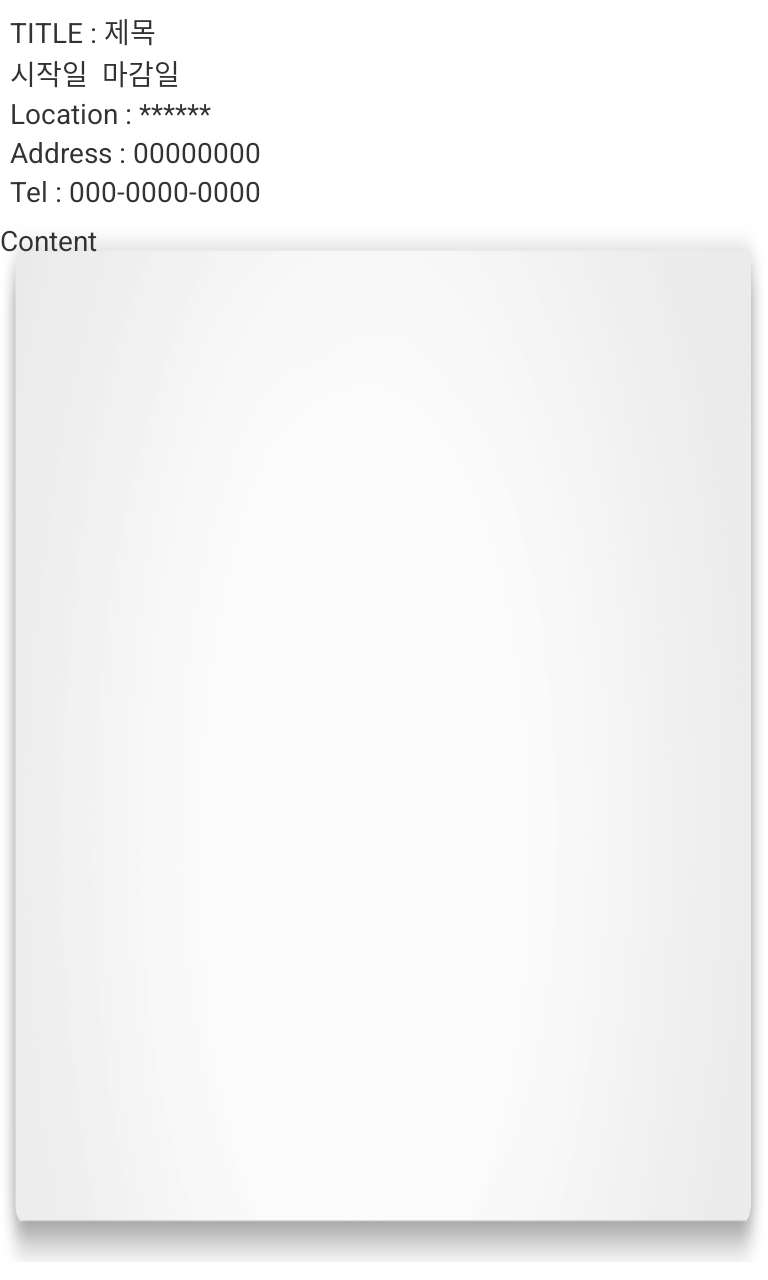
Repository: chlduq04/java
Layout: Culturemap/res/layout/detail.xml
An editor plug-in stored every save of this project. The layout is shown before and after the next save, followed by the edit.
It is drawn on a 768 x 1280 px phone screen (xhdpi) without system bars, with theme AppTheme; the app's code is not run.

Above is the layout before, as saved 2012-07-23 07:06:09.

### Culturemap/res/layout/detail.xml
<?xml version="1.0" encoding="utf-8"?>
<LinearLayout xmlns:android="http://schemas.android.com/apk/res/android"
    android:layout_width="match_parent"
    android:layout_height="match_parent"
    android:orientation="vertical" >

    <LinearLayout
        android:padding="5dip"
        android:layout_width="match_parent"
        android:layout_height="wrap_content"
        android:layout_weight="0.15"
        android:orientation="vertical" >

        <LinearLayout
            android:layout_width="fill_parent"
            android:layout_height="wrap_content"
            android:layout_weight="1">

            <TextView
                android:layout_width="wrap_content"
                android:layout_height="wrap_content"
                android:text="TITLE : " >
            </TextView>

            <TextView
                android:layout_width="wrap_content"
                android:layout_height="wrap_content"
                android:text="제목" >
            </TextView>
        </LinearLayout>

        <LinearLayout
            android:layout_width="fill_parent"
            android:layout_height="wrap_content"
            android:layout_weight="1"
            >

            <TextView
                android:layout_width="wrap_content"
                android:layout_height="wrap_content"
                android:text="시작일  " >
            </TextView>

            <TextView
                android:layout_width="wrap_content"
                android:layout_height="wrap_content"
                android:text="마감일" >
            </TextView>
        </LinearLayout>

        <LinearLayout
            android:layout_width="fill_parent"
            android:layout_height="wrap_content"
            android:layout_weight="1"
            >

            <TextView
                android:layout_width="wrap_content"
                android:layout_height="wrap_content"
                android:text="Location : " >
            </TextView>

            <TextView
                android:layout_width="wrap_content"
                android:layout_height="wrap_content"
                android:text="******" >
            </TextView>
        </LinearLayout>

        <LinearLayout
            android:layout_width="fill_parent"
            android:layout_height="wrap_content"
            android:layout_weight="1"
            >

            <TextView
                android:layout_width="wrap_content"
                android:layout_height="wrap_content"
                android:text="Address : " >
            </TextView>

            <TextView
                android:layout_width="wrap_content"
                android:layout_height="wrap_content"
                android:text="00000000" >
            </TextView>
        </LinearLayout>

        <LinearLayout
            android:layout_width="fill_parent"
            android:layout_height="wrap_content"
            android:layout_weight="1"
             >

            <TextView
                android:layout_width="wrap_content"
                android:layout_height="wrap_content"
                android:text="Tel : " >
            </TextView>

            <TextView
                android:layout_width="wrap_content"
                android:layout_height="wrap_content"
                android:text="000-0000-0000" >
            </TextView>
        </LinearLayout>
    </LinearLayout>

    <LinearLayout
        android:layout_width="match_parent"
        android:layout_height="wrap_content"
        android:layout_weight="6"
        android:background="@drawable/contents"
        android:orientation="vertical" >

        <TextView
            android:layout_width="fill_parent"
            android:layout_height="fill_parent"
            android:text="Content" >
        </TextView>
    </LinearLayout>

    <LinearLayout
        android:layout_width="match_parent"
        android:layout_height="wrap_content"
        android:layout_weight="0.8"
        android:orientation="vertical" >
    </LinearLayout>

</LinearLayout>

Loaded but not shown: Culturemap/res/values/styles.xml (common file)

After the next save:
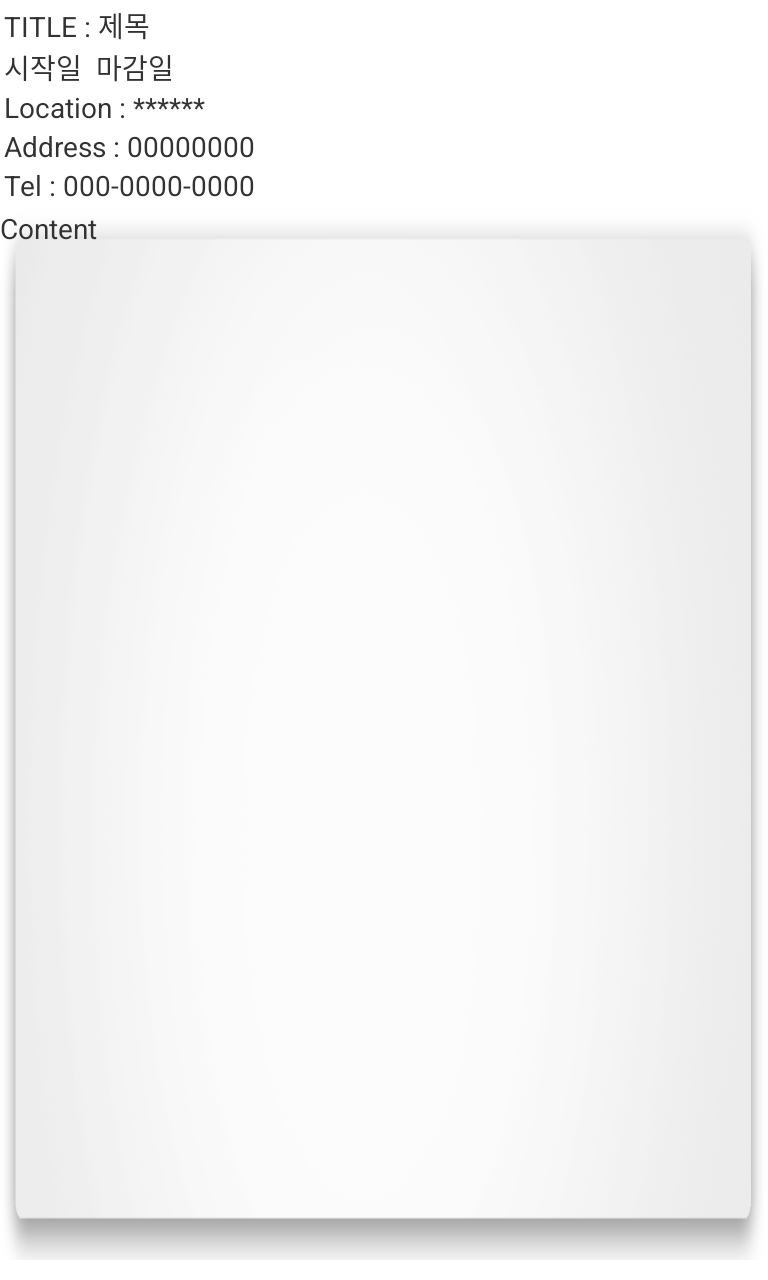
Saved 30 s later.
--- a/Culturemap/res/layout/detail.xml
+++ b/Culturemap/res/layout/detail.xml
@@ -5,7 +5,7 @@
     android:orientation="vertical" >
 
     <LinearLayout
-        android:padding="5dip"
+        android:padding="2dip"
         android:layout_width="match_parent"
         android:layout_height="wrap_content"
         android:layout_weight="0.15"
